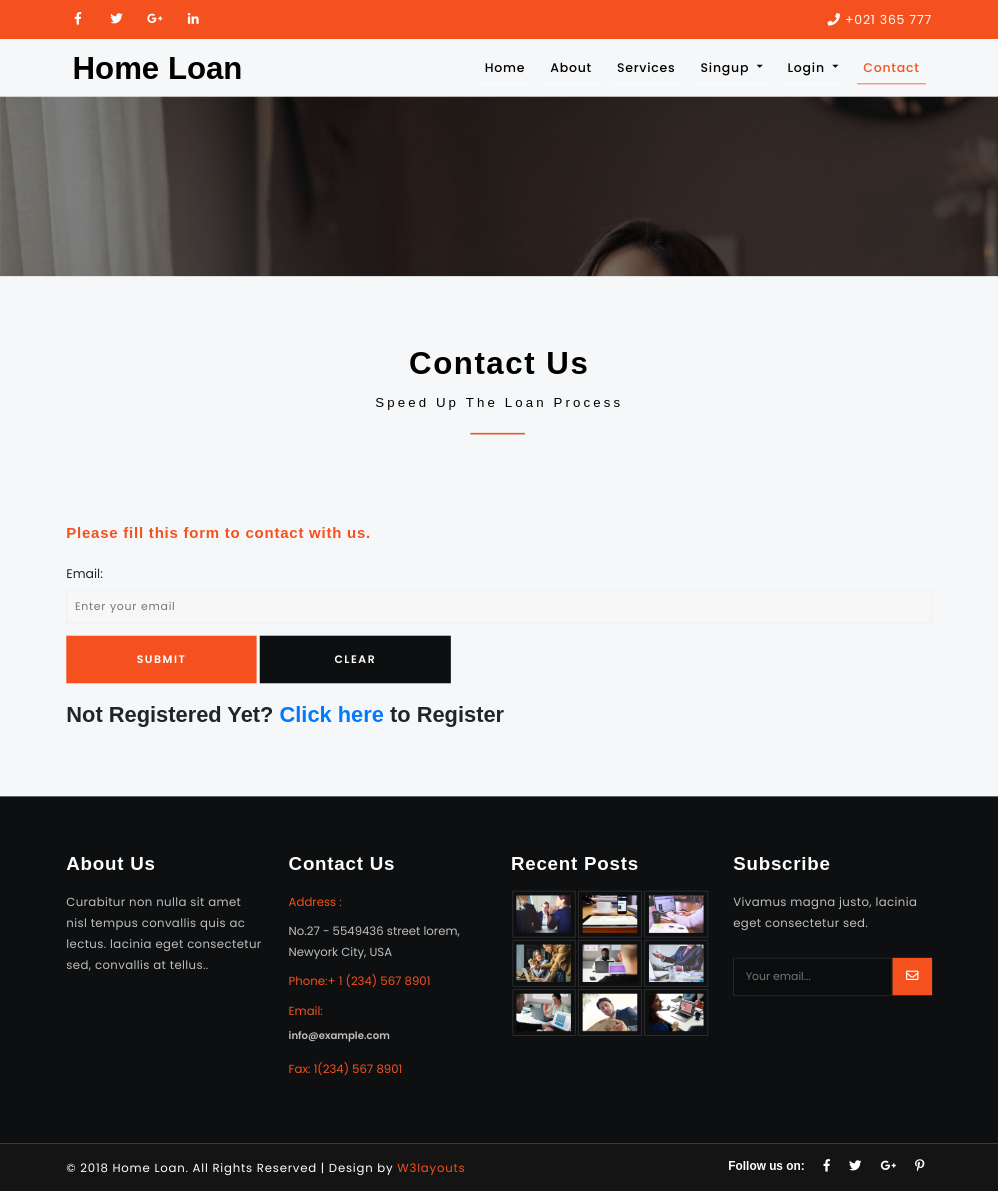
Repository: 72-faisal/Spring-MVC-project
Page: http://localhost/HomeLoan/WEB-INF/views/UserChangePassword.jsp
These files come from the project's save history. The page is drawn as it stood at one moment and after the next save; the edit follows.
The browser window is 1280 px wide. The pictures show the whole page, at 78% of full size.
Some web fonts or font styles are not loaded; a fallback is used. The page is served by Tomcat 9. Nobody is signed in. The template is opened directly, without the code that normally fills it, so the values that code supplies are empty.

Above is the page before, as saved 2023-12-27 10:39:11.

After the next save:
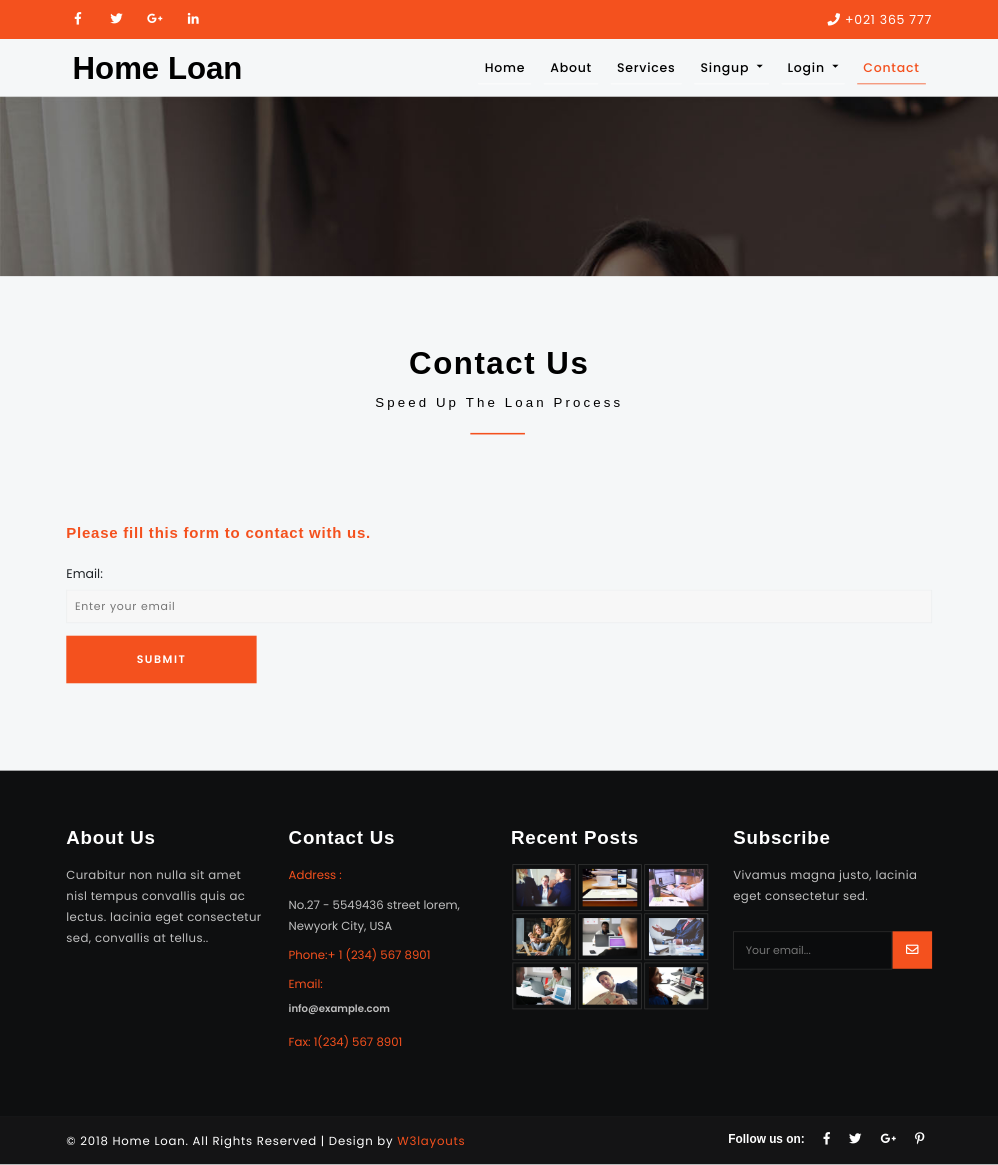
Saved 13 s later.
--- a/HomeLoan/src/main/webapp/WEB-INF/views/UserChangePassword.jsp
+++ b/HomeLoan/src/main/webapp/WEB-INF/views/UserChangePassword.jsp
@@ -149,13 +149,10 @@ SmartPhone Compatible web template, free WebDesigns for Nokia, Samsung, LG, Sony
 							</div> -->
 
 							<input type="submit" value="Submit">
-							 <input type="reset" value="Clear">
+							 <!-- <input type="reset" value="Clear"> -->
 							<div class="clearfix"></div>
 							<br>
-							<h3>
-								Not Registered Yet? <a href="UserRegister">Click here</a> to
-								Register
-							</h3>
+
 						</div>
 					</form>
 				</div>
